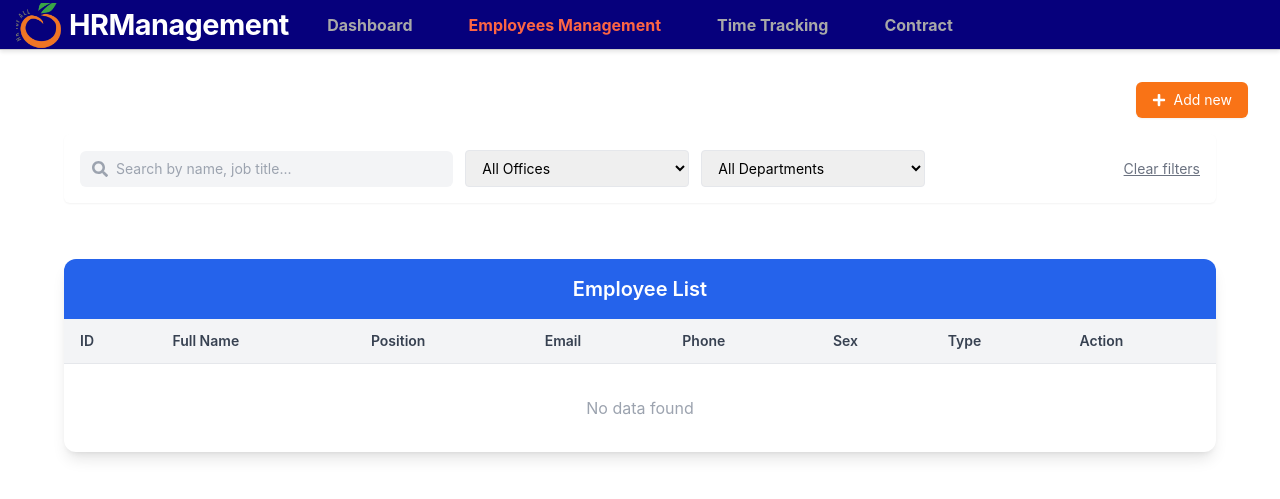
Repository: justJackiee/DA-251
Page: /employeemanagement (app in my-react-app/)
These files come from the project's save history. The page is drawn as it stood at one moment and after the next save; the edit follows.
The browser window is 1280 px wide. The pictures show the whole page.
The page's requests for data from a server got no answer. The project was rebuilt for these pictures with package versions that can differ from the ones it lists, and the page was loaded fresh each time. No one was signed in, and anything a server would have sent is missing. Also part of the build but not shown: my-react-app/src/App.css, my-react-app/src/components/pagination.js, my-react-app/src/pages/dashboard.js, my-react-app/src/components/button.js.

Above is the page before, as saved 2025-12-03 15:46:31.

### my-react-app/public/index.html
<!DOCTYPE html>
<html lang="en">
  <head>
    <meta charset="utf-8" />
    <link rel="icon" href="%PUBLIC_URL%/favicon.ico" />
    <meta name="viewport" content="width=device-width, initial-scale=1" />
    <meta name="theme-color" content="#000000" />
    <meta
      name="description"
      content="Web site created using create-react-app"
    />
    <link rel="apple-touch-icon" href="%PUBLIC_URL%/logo192.png" />
    <!--
      manifest.json provides metadata used when your web app is installed on a
      user's mobile device or desktop. See https://developers.google.com/web/fundamentals/web-app-manifest/
    -->
    <link rel="manifest" href="%PUBLIC_URL%/manifest.json" />

    <!-- Google Fonts - Baloo 2 -->
    <link rel="preconnect" href="https://fonts.googleapis.com">
    <link rel="preconnect" href="https://fonts.gstatic.com" crossorigin>
    <link href="https://fonts.googleapis.com/css2?family=Baloo+2:wght@400;500;600;700;800&display=swap" rel="stylesheet">

    <!--
      Notice the use of %PUBLIC_URL% in the tags above.
      It will be replaced with the URL of the `public` folder during the build.
      Only files inside the `public` folder can be referenced from the HTML.

      Unlike "/favicon.ico" or "favicon.ico", "%PUBLIC_URL%/favicon.ico" will
      work correctly both with client-side routing and a non-root public URL.
      Learn how to configure a non-root public URL by running `npm run build`.
    -->
    <title>React App</title>
  </head>
  <body>
    <noscript>You need to enable JavaScript to run this app.</noscript>
    <div id="root"></div>
    <!--
      This HTML file is a template.
      If you open it directly in the browser, you will see an empty page.

      You can add webfonts, meta tags, or analytics to this file.
      The build step will place the bundled scripts into the <body> tag.

      To begin the development, run `npm start` or `yarn start`.
      To create a production bundle, use `npm run build` or `yarn build`.
    -->
  </body>
</html>

### my-react-app/src/App.js
import React from "react";
import { FaSearch, FaTrash } from "react-icons/fa";
import logo from './logo.svg';
import './App.css';

import { HRNavbar } from './components/Navbar';
import CustomScrollbar from './components/schollbar';
import Pagination from './components/pagination'
import Dashboard from './pages/dashboard';
import EmployeeManagement from './pages/employeemanagement'; // modify to test CEmployeeTable
import {
  PrimaryButton,
  SecondaryButton,
  IconButton,
  DropdownButton,
} from "./components/button";

import {
    BrowserRouter as Router,
    Routes,
    Route,
} from "react-router-dom";

import { ThemeProvider } from "@material-tailwind/react";

function App() {
  return (
    <ThemeProvider>
    <Router>
      <div className="h-screen flex flex-col">
        <HRNavbar />

        <main className="flex-1 relative">
          {/* <PrimaryButton text="Save" onClick={() => alert("Saved!")} />
          <SecondaryButton text="Cancel" onClick={() => alert("Cancelled!")} />
          <IconButton icon={<FaSearch />} label="Search" onClick={() => alert("Searching...")} />
          <IconButton icon={<FaTrash />} label="Delete" onClick={() => alert("Deleted!")} /> */}
          {/* <DropdownButton
            label="Select Report"
            options={[
              { label: "Monthly Report", onClick: () => alert("Monthly selected") },
              { label: "Yearly Report", onClick: () => alert("Yearly selected") },
            ]}
          /> */}

          <CustomScrollbar>
            {/* <div className="p-4 md:p-8"> dùng để canh lề (margin)*/}
            <div className="p-4 md:p-8">
              <Routes>
                <Route path="/dashboard" element={<Dashboard />} />
                <Route path="/employeemanagement" element={<EmployeeManagement />} />
                <Route path="/contract" element={<h1>Contract Page</h1>} />
                <Route path="/timetracking" element={<h1>Time Tracking Page</h1>} />
                <Route path="/" element={
                  <header className="App-header">
                    <img src={logo} className="App-logo" alt="logo" />
                    <h1>Welcome to HR Management System</h1>
                    <p>Click on Dashboard in the navigation to get started!</p>
                  </header>
                } />
              </Routes>
            </div>
          </CustomScrollbar>
        </main>
      </div>
    </Router>
    </ThemeProvider>
  );
}

export default App;

### my-react-app/src/components/schollbar.js
import React from 'react';
import { Scrollbars } from 'react-custom-scrollbars-2';

// Đổi kiểu thumb
const CustomThumb = (props) => (
  <div {...props} className="bg-slate-500 rounded-full" />
);

// CustomScrollbar
function CustomScrollbar({ children }) {
  return (
    <Scrollbars
      renderThumbVertical={CustomThumb}
      style={{ width: '100%', height: '100%' }}
    >

      {children}

    </Scrollbars>
  );
}

export default CustomScrollbar;

### my-react-app/src/pages/employeemanagement.js
import React, { useEffect, useState, useMemo } from "react";
import axios from "axios"; // 1. Import axios
import CEmployeeTable from "../components/Table/CEmployeeTable";
// import HeaderTabs from '../components/HeaderTabs';
import FiltersBar from '../components/FiltersBar';
import { FaPlus } from 'react-icons/fa';
import { useNavigate } from 'react-router-dom';


function EmployeeManagement() {
  // const [activeTab, setActiveTab] = useState('team');
  const [search, setSearch] = useState('');
  const [filters, setFilters] = useState({ office: '', department: '' });

  // 2. Khởi tạo data là mảng rỗng ban đầu (thay vì mock data)
  const [data, setData] = useState([]);
  const [loading, setLoading] = useState(true);
  const navigate = useNavigate();

 // 3. Gọi API từ Backend khi component được load
  useEffect(() => {
    const fetchEmployees = async () => {
      try {
        const response = await axios.get('http://localhost:5000/api/employees');
        const apiData = response.data;

        // 4. MAPPING DỮ LIỆU (ĐÃ SỬA LỖI)
        const formattedData = apiData.map(emp => {
          // Xử lý an toàn: Nếu không có chức vụ thì để chuỗi rỗng
          const safePosition = emp.position || '';

          return {
            id: emp.id,
            // Ghép họ tên
            fullName: `${emp.fName} ${emp.mName ? emp.mName + ' ' : ''}${emp.lName}`,
            email: emp.email,
            phone: emp.phone,
            sex: emp.sex,
            // Nếu không có position thì hiện 'Staff' mặc định
            position: safePosition || 'Staff',
            type: emp.type, // Lưu ý: Backend bạn trả về 'type', không phải 'ceType' (check lại console log nếu cần)
            status: emp.status,
            // Xử lý địa chỉ an toàn
            location: emp.address ? emp.address.split(',').pop().trim() : 'Unknown',
            // SỬA LỖI CHÍNH TẠI ĐÂY: Kiểm tra safePosition thay vì emp.position
            department: safePosition.includes('HR') ? 'Human Resources' : 'Engineering'
          };
        });

        setData(formattedData);
        setLoading(false);
      } catch (error) {
        console.error("Lỗi khi tải danh sách nhân viên:", error);
        setLoading(false);
      }
    };

    fetchEmployees();
  }, []);

  const onFilterChange = (k, v) => setFilters((s) => ({ ...s, [k]: v }));
  const onClear = () => { setSearch(''); setFilters({ office: '', department: '' }); };

  const filteredData = useMemo(() => {
    return data.filter(emp => {
      const searchLower = search.toLowerCase();
      // Logic search cũ của bạn giữ nguyên
      const matchSearch = (emp.fullName && emp.fullName.toLowerCase().includes(searchLower)) ||
                          (emp.email && emp.email.toLowerCase().includes(searchLower));

      // Logic filter
      // Lưu ý: Nếu database chưa chuẩn department/office thì bộ lọc này có thể lọc hết dữ liệu.
      // Tạm thời tôi để logic lỏng hơn: Nếu filter rỗng thì luôn true.
      const matchDept = filters.department ? emp.department === filters.department : true;
      const matchOffice = filters.office ? (emp.location && emp.location.includes(filters.office)) : true;

      return matchSearch && matchDept && matchOffice;
    });
  }, [data, search, filters]);

  if (loading) {
    return <div className="p-10 text-center">Đang tải dữ liệu từ Server...</div>;
  }

  return (
    <div>
      {/* <HeaderTabs active={activeTab} onTabChange={setActiveTab} /> */}
      <div className="flex justify-end">
        <button
          onClick={() => navigate('/employees/new')}
          className="inline-flex items-center gap-2 px-4 py-2 bg-orange-500 hover:bg-orange-600 text-white rounded-md shadow-sm text-sm"
          aria-label="Add new"
        >
          <FaPlus />
          <span className="hidden sm:inline">Add new</span>
        </button>
      </div>
      <FiltersBar search={search} onSearch={setSearch} filters={filters} onFilterChange={onFilterChange} onClear={onClear} />
      <div className="max-w-7xl mx-auto px-4 sm:px-6 lg:px-8 py-6">
        <CEmployeeTable data={filteredData} search={search} filters={filters} />
      </div>
    </div>
  );
}

export default EmployeeManagement;

### my-react-app/src/components/Table/CEmployeeTable.js
import React from "react";

function CEmployeeTable({
  // SỬA LỖI 2: Nhận prop 'data' thay vì 'employees' để khớp với file cha
  data = [],
  columns = null,
  title = "Employee List",
  showActions = true,
  onEdit = null
}) {
  // Gán data vào biến employees để dùng tiếp logic bên dưới
  const employees = data;

  // SỬA LỖI 3: Cập nhật cấu hình cột khớp với tên biến trong MOCK DATA (fullName, email...)
  const defaultColumns = [
    { header: "ID", accessor: "id" },
    { header: "Full Name", accessor: "fullName" }, // Dùng accessor trực tiếp vì data đã nối chuỗi rồi
    { header: "Position", accessor: "position" },
    { header: "Email", accessor: "email" },
    { header: "Phone", accessor: "phone" },
    {
      header: "Sex",
      // Sửa logic render giới tính
      render: (row) => row.sex === 'M' ? 'Male' : row.sex === 'F' ? 'Female' : row.sex
    },
    {
      header: "Type",
      render: (row) => (
        <span className={`px-2 py-1 rounded-full text-xs font-medium ${
            // Sửa logic check màu dựa trên value thực tế
            row.type === "HR" ? "bg-purple-100 text-purple-700" :
            row.type === "Freelance" ? "bg-orange-100 text-orange-700" :
            "bg-blue-100 text-blue-700"
        }`}>
          {row.type}
        </span>
      )
    }
  ];

  const tableColumns = columns || defaultColumns;

  const handleEdit = (item) => {
    if (onEdit) {
      onEdit(item);
    } else {
      window.location.href = `/employeemanagement/profile/${item.id}`;
    }
  };

  return (
    <div className="flex justify-center mt-4">
      <div className="w-full bg-white shadow-lg rounded-xl overflow-hidden">
        <div className="bg-blue-600 text-white text-center py-4 font-semibold text-xl">
          {title}
        </div>

        <div className="overflow-x-auto">
          <table className="w-full text-left border-collapse">
            <thead>
              <tr className="bg-gray-100 text-gray-700">
                {tableColumns.map((col, index) => (
                  <th key={index} className="py-3 px-4 text-left font-semibold border-b text-sm">
                    {col.header}
                  </th>
                ))}
                {showActions && <th className="py-3 px-4 text-left font-semibold border-b text-sm">Action</th>}
              </tr>
            </thead>
            <tbody>
              {employees.length === 0 ? (
                <tr>
                  <td colSpan={tableColumns.length + (showActions ? 1 : 0)} className="py-8 text-center text-gray-400">
                    No data found
                  </td>
                </tr>
              ) : (
                employees.map((item, rowIndex) => (
                  <tr key={item.id || rowIndex} className={`${rowIndex % 2 === 0 ? "bg-gray-50" : "bg-white"} hover:bg-blue-50 transition`}>
                    {tableColumns.map((col, colIndex) => (
                      <td key={colIndex} className="py-3 px-4 text-left border-b text-sm">
                        {/* Logic render an toàn */}
                        {col.render ? col.render(item) : item[col.accessor]}
                      </td>
                    ))}
                    {showActions && (
                      <td className="py-3 px-4 text-left border-b text-sm">
                        <button onClick={() => handleEdit(item)} className="text-blue-600 hover:underline font-medium">
                          View
                        </button>
                      </td>
                    )}
                  </tr>
                ))
              )}
            </tbody>
          </table>
        </div>
        {employees.length > 0 && (
          <div className="text-gray-500 text-sm text-right p-3 border-t">
            Showing {employees.length} record{employees.length !== 1 ? 's' : ''}
          </div>
        )}
      </div>
    </div>
  );
}

export default CEmployeeTable;

### my-react-app/src/components/FiltersBar.js
import React from 'react';
import { FaSearch } from 'react-icons/fa';

export default function FiltersBar({ search, onSearch, filters, onFilterChange, onClear }) {
  return (
    <div className="max-w-7xl mx-auto px-4 sm:px-6 lg:px-8 py-4">
  <div className="bg-white p-4 rounded-md shadow-sm flex flex-col md:flex-row md:items-center gap-3 overflow-visible relative z-50">
        {/* Search: flexible on larger screens, full width on small */}
        <div className="flex items-center w-full md:w-1/3 bg-gray-100 rounded-md px-3 py-2 min-w-0">
          <FaSearch className="text-gray-400 mr-2 flex-shrink-0" />
          <input
            value={search}
            onChange={(e) => onSearch?.(e.target.value)}
            className="bg-transparent flex-1 outline-none text-sm min-w-0"
            placeholder="Search by name, job title..."
            aria-label="Search employees"
          />
        </div>

        {/* Filters container: horizontally aligned on md+, stacked on xs */}
        <div className="flex w-full md:w-auto gap-3 items-center">
          <select
            value={filters.office || ''}
            onChange={(e) => onFilterChange?.('office', e.target.value)}
            className="border rounded px-3 py-2 text-sm w-full md:w-56 min-w-0"
            style={{ direction: 'ltr' }}
          >
            <option value="">All Offices</option>
            <option>PM Coop.</option>
            <option>Elevate Complex</option>
          </select>

          <select
            value={filters.department || ''}
            onChange={(e) => onFilterChange?.('department', e.target.value)}
            className="border rounded px-3 py-2 text-sm w-full md:w-56 min-w-0"
            style={{ direction: 'ltr' }}
          >
            <option value="">All Departments</option>
            <option>Production</option>
            <option>Marketing</option>
          </select>
        </div>

        <div className="ml-auto text-sm text-gray-500">
          <button onClick={onClear} className="underline">Clear filters</button>
        </div>
      </div>
    </div>
  );
}

Loaded but not shown: my-react-app/src/index.js (common file); my-react-app/src/index.css (common file); my-react-app/src/reportWebVitals.js (common file); my-react-app/tailwind.config.js (common file); my-react-app/src/components/Navbar/index.js (291 lines, source omitted)

After the next save:
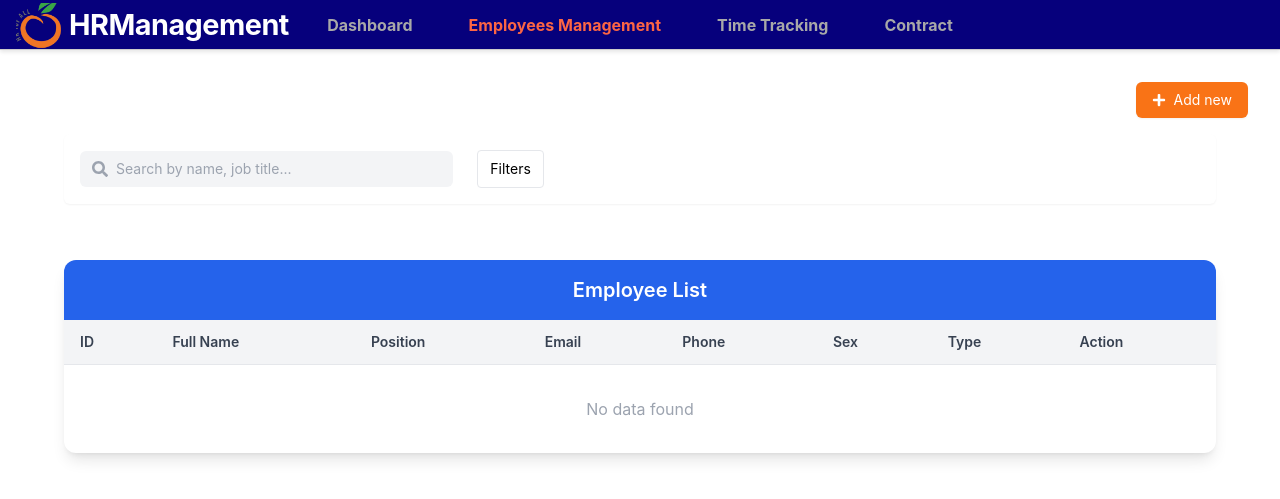
Saved 7 min 31 s later.
--- a/my-react-app/src/components/FiltersBar.js
+++ b/my-react-app/src/components/FiltersBar.js
@@ -1,10 +1,29 @@
-import React from 'react';
+import React, { useState, useRef, useEffect } from 'react';
 import { FaSearch } from 'react-icons/fa';
 
 export default function FiltersBar({ search, onSearch, filters, onFilterChange, onClear }) {
+  const [open, setOpen] = useState(false);
+  const popupRef = useRef(null);
+
+  useEffect(() => {
+    function onDocClick(e) {
+      if (!popupRef.current) return;
+      if (!popupRef.current.contains(e.target)) setOpen(false);
+    }
+    function onKey(e) {
+      if (e.key === 'Escape') setOpen(false);
+    }
+    document.addEventListener('click', onDocClick);
+    document.addEventListener('keydown', onKey);
+    return () => {
+      document.removeEventListener('click', onDocClick);
+      document.removeEventListener('keydown', onKey);
+    };
+  }, []);
+
   return (
     <div className="max-w-7xl mx-auto px-4 sm:px-6 lg:px-8 py-4">
-  <div className="bg-white p-4 rounded-md shadow-sm flex flex-col md:flex-row md:items-center gap-3 overflow-visible relative z-50">
+      <div className="bg-white p-4 rounded-md shadow-sm flex flex-col md:flex-row md:items-center gap-3 overflow-visible relative z-50">
         {/* Search: flexible on larger screens, full width on small */}
         <div className="flex items-center w-full md:w-1/3 bg-gray-100 rounded-md px-3 py-2 min-w-0">
           <FaSearch className="text-gray-400 mr-2 flex-shrink-0" />
@@ -17,33 +36,60 @@ export default function FiltersBar({ search, onSearch, filters, onFilterChange,
           />
         </div>
 
-        {/* Filters container: horizontally aligned on md+, stacked on xs */}
-        <div className="flex w-full md:w-auto gap-3 items-center">
-          <select
-            value={filters.office || ''}
-            onChange={(e) => onFilterChange?.('office', e.target.value)}
-            className="border rounded px-3 py-2 text-sm w-full md:w-56 min-w-0"
-            style={{ direction: 'ltr' }}
+        {/* Filter button that opens a popup with filter controls */}
+        <div className="relative ml-3">
+          <button
+            type="button"
+            onClick={() => setOpen((s) => !s)}
+            className="inline-flex items-center gap-2 px-3 py-2 bg-white border rounded text-sm hover:shadow"
+            aria-haspopup="dialog"
+            aria-expanded={open}
           >
-            <option value="">All Offices</option>
-            <option>PM Coop.</option>
-            <option>Elevate Complex</option>
-          </select>
+            Filters
+          </button>
 
-          <select
-            value={filters.department || ''}
-            onChange={(e) => onFilterChange?.('department', e.target.value)}
-            className="border rounded px-3 py-2 text-sm w-full md:w-56 min-w-0"
-            style={{ direction: 'ltr' }}
-          >
-            <option value="">All Departments</option>
-            <option>Production</option>
-            <option>Marketing</option>
-          </select>
-        </div>
+          {open && (
+            <div ref={popupRef} className="absolute right-0 mt-2 w-64 bg-white border rounded shadow-lg z-50 p-3">
+              <div className="space-y-2">
+                <label className="block text-xs text-gray-500">Office</label>
+                <select
+                  value={filters.office || ''}
+                  onChange={(e) => onFilterChange?.('office', e.target.value)}
+                  className="border rounded px-3 py-2 text-sm w-full"
+                >
+                  <option value="">All Offices</option>
+                  <option>PM Coop.</option>
+                  <option>Elevate Complex</option>
+                </select>
 
-        <div className="ml-auto text-sm text-gray-500">
-          <button onClick={onClear} className="underline">Clear filters</button>
+                <label className="block text-xs text-gray-500">Department</label>
+                <select
+                  value={filters.department || ''}
+                  onChange={(e) => onFilterChange?.('department', e.target.value)}
+                  className="border rounded px-3 py-2 text-sm w-full"
+                >
+                  <option value="">All Departments</option>
+                  <option>Production</option>
+                  <option>Marketing</option>
+                </select>
+
+                <div className="flex justify-between items-center pt-2">
+                  <button
+                    onClick={() => { onClear?.(); setOpen(false); }}
+                    className="text-sm text-gray-600 underline"
+                  >
+                    Clear filters
+                  </button>
+                  <button
+                    onClick={() => setOpen(false)}
+                    className="px-3 py-1 bg-orange-500 text-white rounded text-sm"
+                  >
+                    Apply
+                  </button>
+                </div>
+              </div>
+            </div>
+          )}
         </div>
       </div>
     </div>
